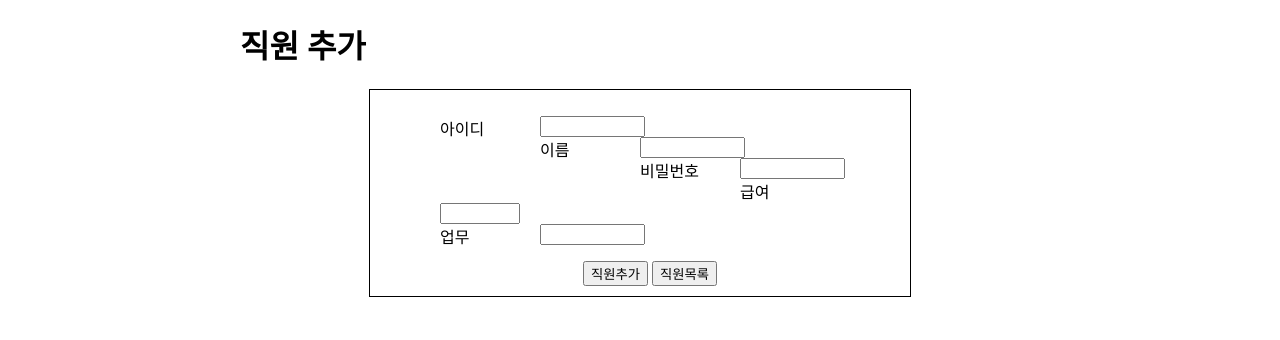
Repository: coolSummer1119/study
Page: http://localhost/ch03_Jsp/ch19_employee/InsertForm.jsp
The author's editor kept a copy of each file at every save. The page is drawn from the files as they stood at one save, then again after the next save.
The browser window is 1280 px wide. The pictures show the whole page.
The page is served by Tomcat 9. Other server files are loaded and not shown.

Above is the page before, as saved 2024-05-02 06:50:49.
Console error: ReferenceError: $ is not defined

### workspace/ch03_Jsp/src/main/webapp/ch19_employee/InsertForm.jsp
<%@ page language="java" contentType="text/html; charset=UTF-8"
    pageEncoding="UTF-8"%>
<!DOCTYPE html>
<html>
<head>
<meta charset="UTF-8">
<title>직원 추가</title>
<link rel="stylesheet" href="<%= request.getContextPath() %>/CSS/style.css" type="text/css">
<script type="text/javascript">
$(document).ready(function(){
	let count = 0;


	$('#insert_form').submit(function(){
		const items=document.querySelectorAll('.input-check');
		for(let i=0;i<items.length;i++){
			if(items[i].value.trim()==''){
				const label = document.querySelector('label[for="'+items[i].id+'"]');
				alert(label.textContent+' 항목은 필수 입력');
				items[i].value='';
				items[i].focus();
				return false;
			}
			if(items[i].id == 'id'&&count==0){
				alert('아이디 중복체크 필수');
				return false;
			}
		}
	});
});
</script>
</head>
<body>
<div class="page-main">
<h1>직원 추가</h1>
	<form id="insert_form" action="insert.jsp" method="post">
		<ul>
			<li>
				<label for="id">아이디</label>
				<input type="text" id="id" name="id" class="input-check" size="10" maxlength="12">
			</li>
			<li>
				<label for="name">이름</label>
				<input type="text" id="name" name="name" class="input-check" size="10" maxlength="10">
			</li>
			<li>
				<label for="passwd">비밀번호</label>
				<input type="password" id="passwd" name="passwd" class="input-check" size="10" maxlength="12">
			</li>
			<li>
				<label for="salary">급여</label>
				<input type="number" id="salary" name="salary" class="input-check" max="10000" min="0">
			</li>
			<li>
				<label for="job">업무</label>
				<input type="text" id="job" name="job" class="input-check" size="10" maxlength="10">
			</li>
		</ul>
		<div class="align-center">
			<input type="submit" value="직원추가">
			<input type="button" value="직원목록" onclick="location.href='list.jsp'">
		</div>
	</form>
</div>
</body>
</html>

### workspace/ch03_Jsp/src/main/webapp/CSS/style.css
@charset "UTF-8";


body{
	padding: 0;
	margin: 0;
}
.page-main{
	width: 800px;
	margin: 0 auto;/* 중앙정렬 */

}
.result-display{
	width: 400px;
	height: 200px;
	margin: 50px auto;
	border: 1px solid #000;
	display: flex;
	align-content: center;/* 세로정렬 */
	justify-content: center;/* 가로정렬 */

}
.align-center{
	text-align: center;
}
.align-right{
	text-align: right;
}
/* 목록 */
table{
	width: 100%;
	border: 1px solid #000;
	border-collapse: collapse;
	margin-top: 5px;
}
table td, table th{
	border: 1px solid #000;
	padding: 5px;
}
/* 등록, 수정폼 */
form{
	width: 500px;
	margin: 0 auto;
	border: 1px solid #000;
	padding: 10px 10px 10px 30px;
}
ul{
	list-style: none;
}
label {
	width: 100px;
	float: left; /* 태그를 왼쪽으로 정렬 */
}

After the next save:
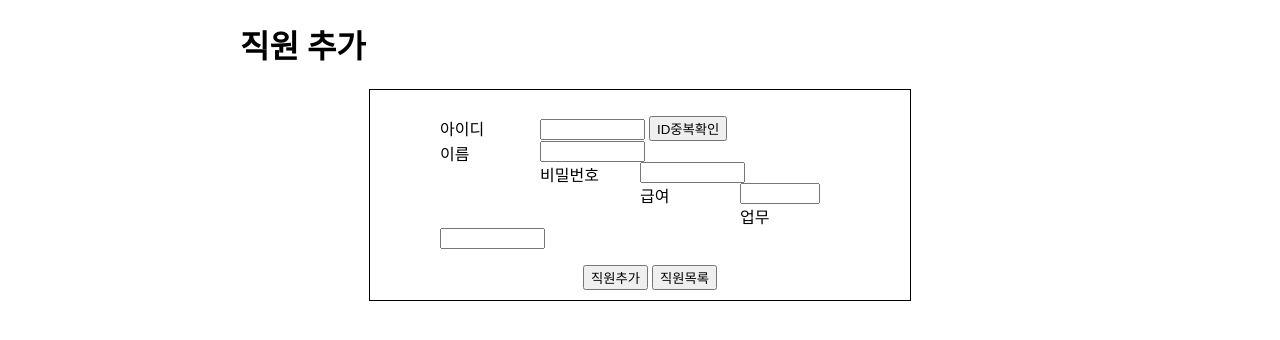
Saved 27 s later.
--- a/workspace/ch03_Jsp/src/main/webapp/ch19_employee/InsertForm.jsp
+++ b/workspace/ch03_Jsp/src/main/webapp/ch19_employee/InsertForm.jsp
@@ -38,6 +38,8 @@ $(document).ready(function(){
 			<li>
 				<label for="id">아이디</label>
 				<input type="text" id="id" name="id" class="input-check" size="10" maxlength="12">
+				<input type="button" id="confirm_id" value="ID중복확인">
+				<span id="id_signed"></span>
 			</li>
 			<li>
 				<label for="name">이름</label>
